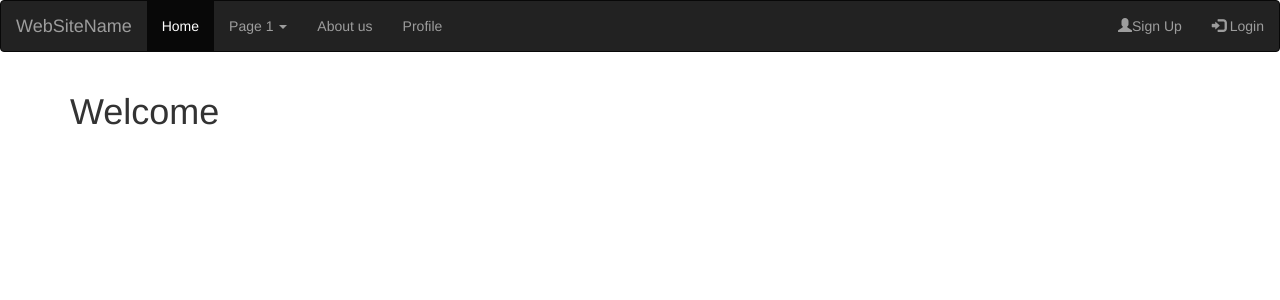
Repository: Ahmad-hamdan98/Java_Project
Page: http://localhost/javaproject/WIB-INF/ShowAll.jsp
An editor plug-in stored every save of this project. The page is shown before and after the next save, followed by the edit.
The browser window is 1280 px wide. The pictures show the whole page.
The page is served by Tomcat 9. Other server files are loaded and not shown.

Above is the page before, as saved 2022-11-19 15:35:15.

### atfirst/javaproject/src/main/webapp/WIB-INF/ShowAll.jsp
   <!DOCTYPE html>
<html lang="en">
<head>
  <title>Bootstrap Case</title>
  <meta charset="utf-8">
  <meta name="viewport" content="width=device-width, initial-scale=1">
  <link rel="stylesheet" href="https://maxcdn.bootstrapcdn.com/bootstrap/3.3.6/css/bootstrap.min.css">

</head>
<body>

<nav class="navbar navbar-inverse">
  <div class="container-fluid">
    <div class="navbar-header">
      <a class="navbar-brand" href="#">WebSiteName</a>
    </div>
    <ul class="nav navbar-nav">
      <li class="active"><a href="#">Home</a></li>
      <li class="dropdown"><a class="dropdown-toggle" data-toggle="dropdown" href="#">Page 1 <span class="caret"></span></a>
        <ul class="dropdown-menu">
          <li><a href="#">Page 1-1</a></li>
          <li><a href="#">Page 1-2</a></li>
          <li><a href="#">Page 1-3</a></li>
        </ul>
      </li>

      <li><a href="#">About us</a></li>
      <li><a href="#">Profile</a></li>
    </ul>
    <ul class="nav navbar-nav navbar-right">
      <li><a href="/login"><span class="glyphicon glyphicon-user"></span>Sign Up</a></li>
      <li><a href="/login"><span class="glyphicon glyphicon-log-in"></span> Login</a></li>
    </ul>
  </div>
</nav>

<div class="container">
  <h1>Welcome ${user.userName}</h1>

  <a></a>




</div>
<script src="https://ajax.googleapis.com/ajax/libs/jquery/1.12.0/jquery.min.js"></script>
<script src="https://maxcdn.bootstrapcdn.com/bootstrap/3.3.6/js/bootstrap.min.js"></script>



</body>
</html>

After the next save:
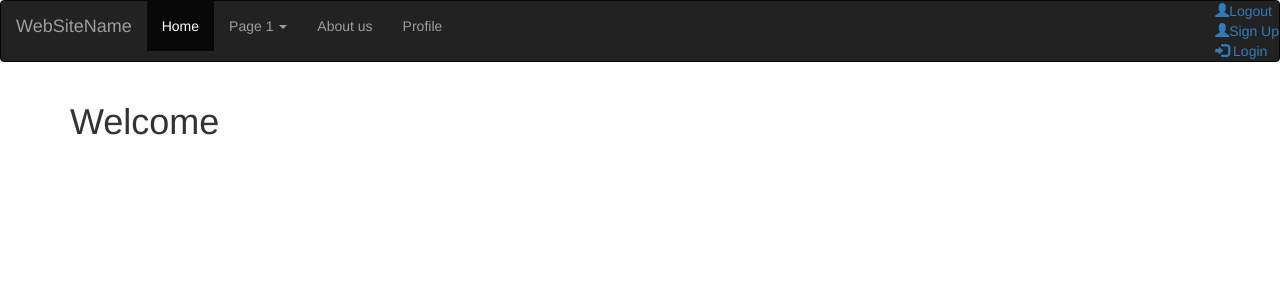
Saved 4 min 3 s later.
--- a/atfirst/javaproject/src/main/webapp/WIB-INF/ShowAll.jsp
+++ b/atfirst/javaproject/src/main/webapp/WIB-INF/ShowAll.jsp
@@ -28,8 +28,15 @@
       <li><a href="#">Profile</a></li>
     </ul>
     <ul class="nav navbar-nav navbar-right">
+    <c:choose>
+    	<c:when test="${user.id}">
+    	<li><a href="/logout"><span class="glyphicon glyphicon-user"></span>Logout</a></li>
+    	</c:when>
+    	 <c:otherwise>
       <li><a href="/login"><span class="glyphicon glyphicon-user"></span>Sign Up</a></li>
       <li><a href="/login"><span class="glyphicon glyphicon-log-in"></span> Login</a></li>
+      </c:otherwise>
+    	</c:choose>
     </ul>
   </div>
 </nav>
